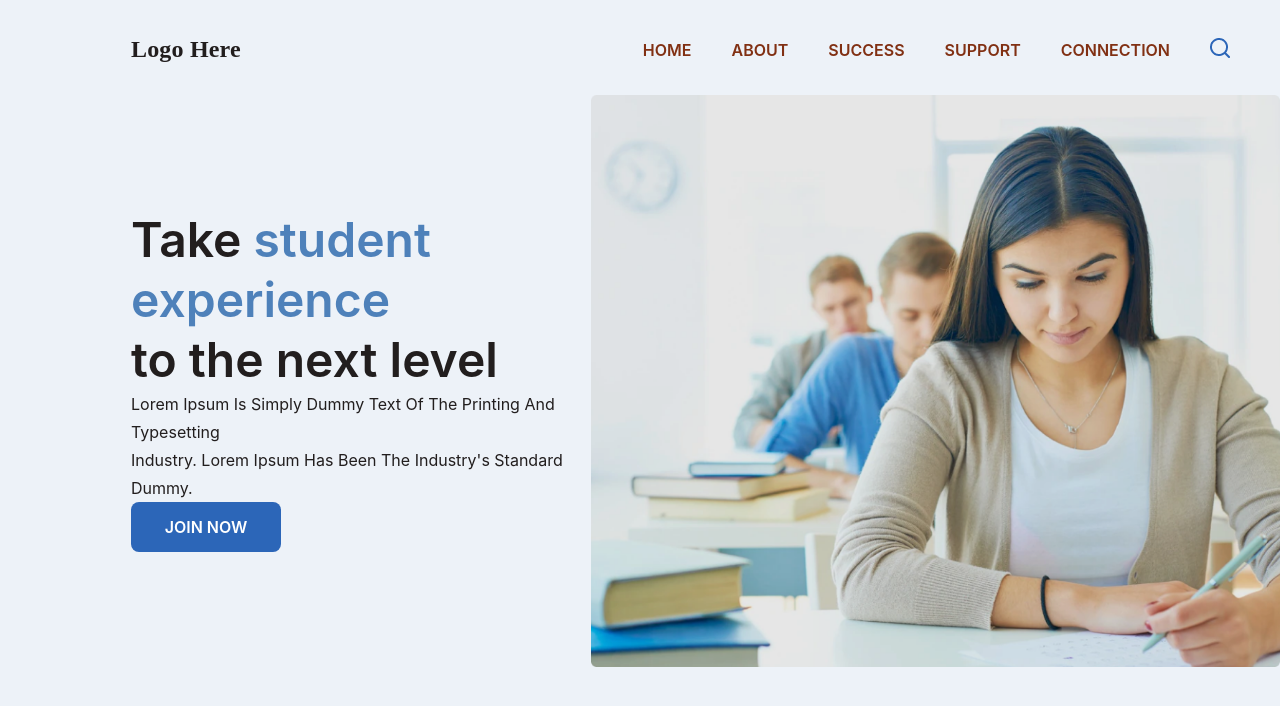
Repository: FaridRustamov09/Final-Task
Page: Pages/homePage/index.html
These files come from the project's save history. The page is drawn as it stood at one moment and after the next save; the edit follows.
The browser window is 1280 px wide. The pictures show the whole page.
The style sheet was rebuilt from its Sass, Less or Tailwind sources for each picture, by a compiler version that may differ from the author's.

Above is the page before, as saved 2024-07-14 20:23:26.

After the next save:
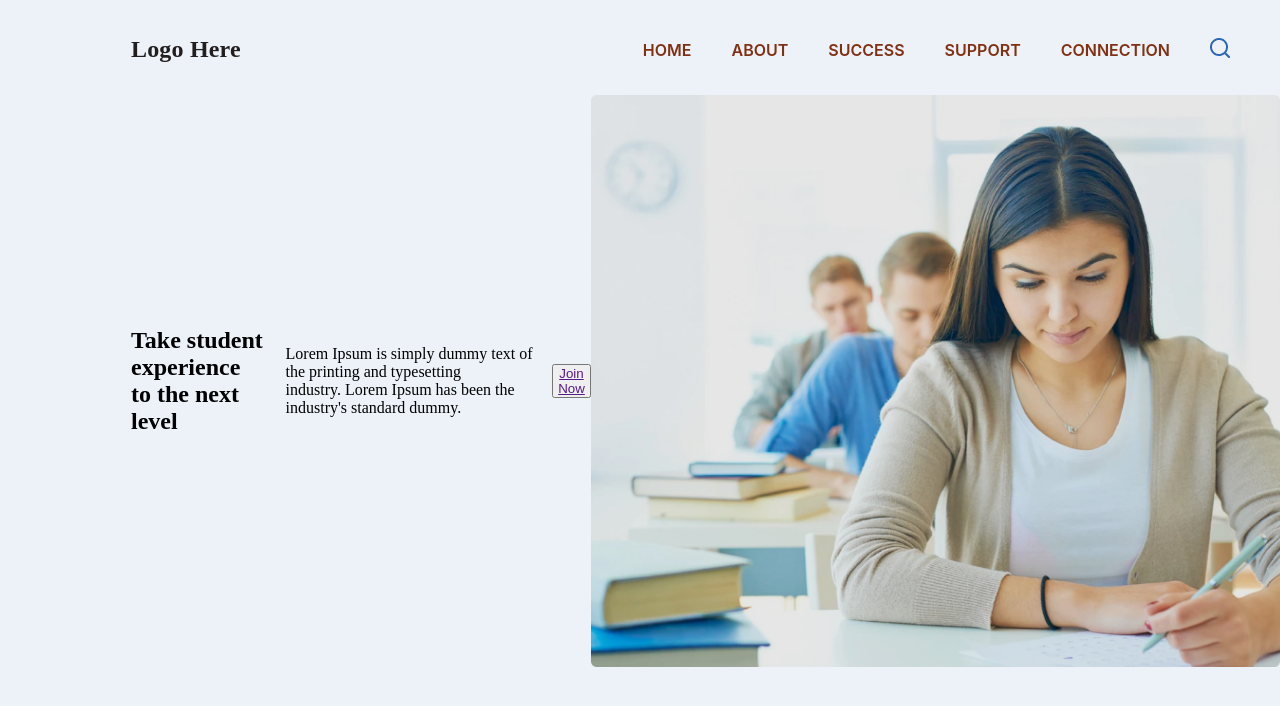
Saved 25 s later.
--- a/Pages/homePage/index.html
+++ b/Pages/homePage/index.html
@@ -22,8 +22,7 @@
 
       </nav>
       <main>
-        <ul>
-          <li>
+
             <h2>
               Take <span>
                 student experience
